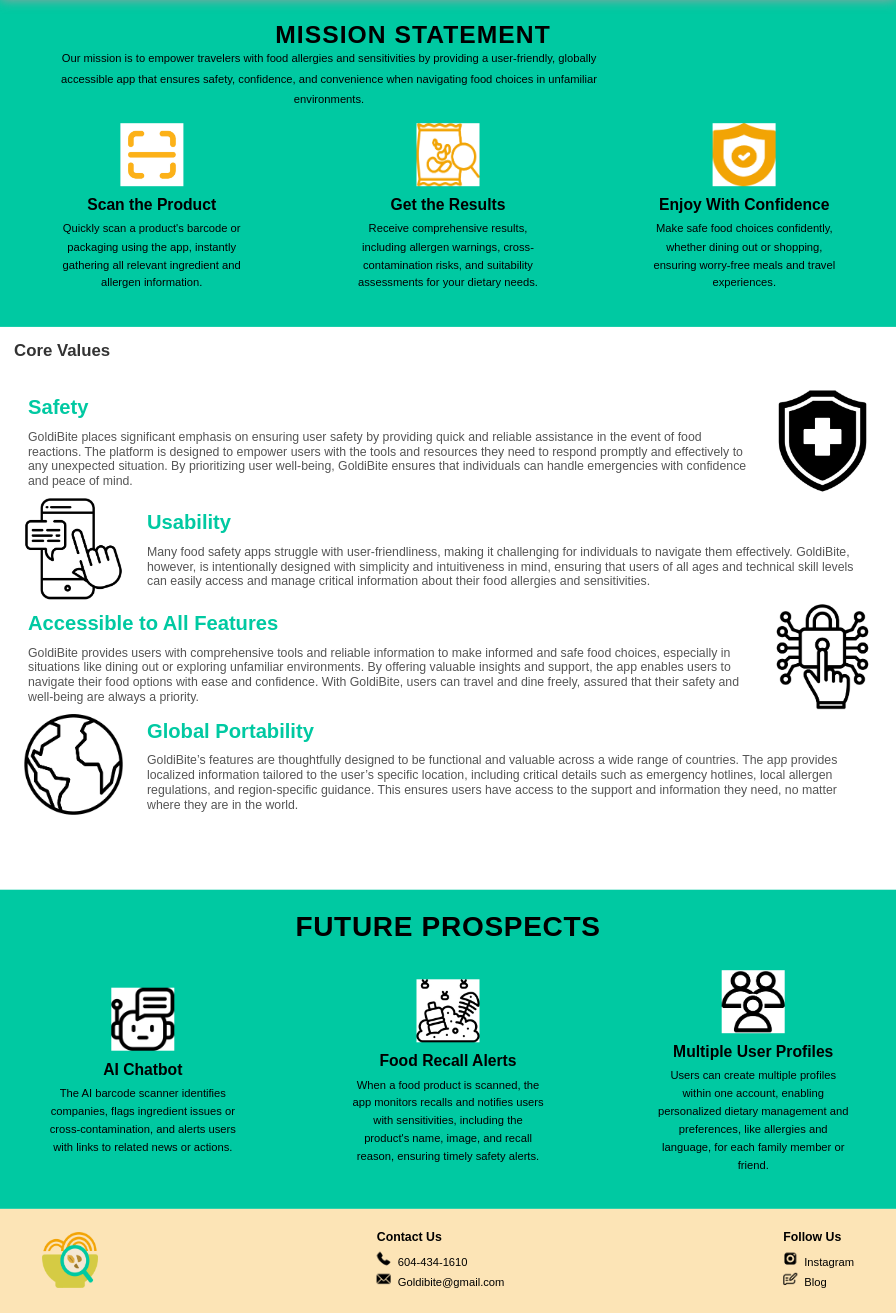
Repository: GavinPahal/landingpage
Page: /
These files come from the project's save history. The page is drawn as it stood at one moment and after the next save; the edit follows.
The browser window is 1280 px wide. The pictures show the part of the page from y = 720 to 2596 px (the page is 2596 px tall), at 70% of full size.
The project was rebuilt for these pictures with package versions that can differ from the ones it lists, and the page was loaded fresh each time. The framework's server and built-in components were replaced by stand-ins that run in the browser. Also part of the build but not shown: next.config.mjs.

Above is the page before, as saved 2024-11-30 20:45:07.

After the next save:
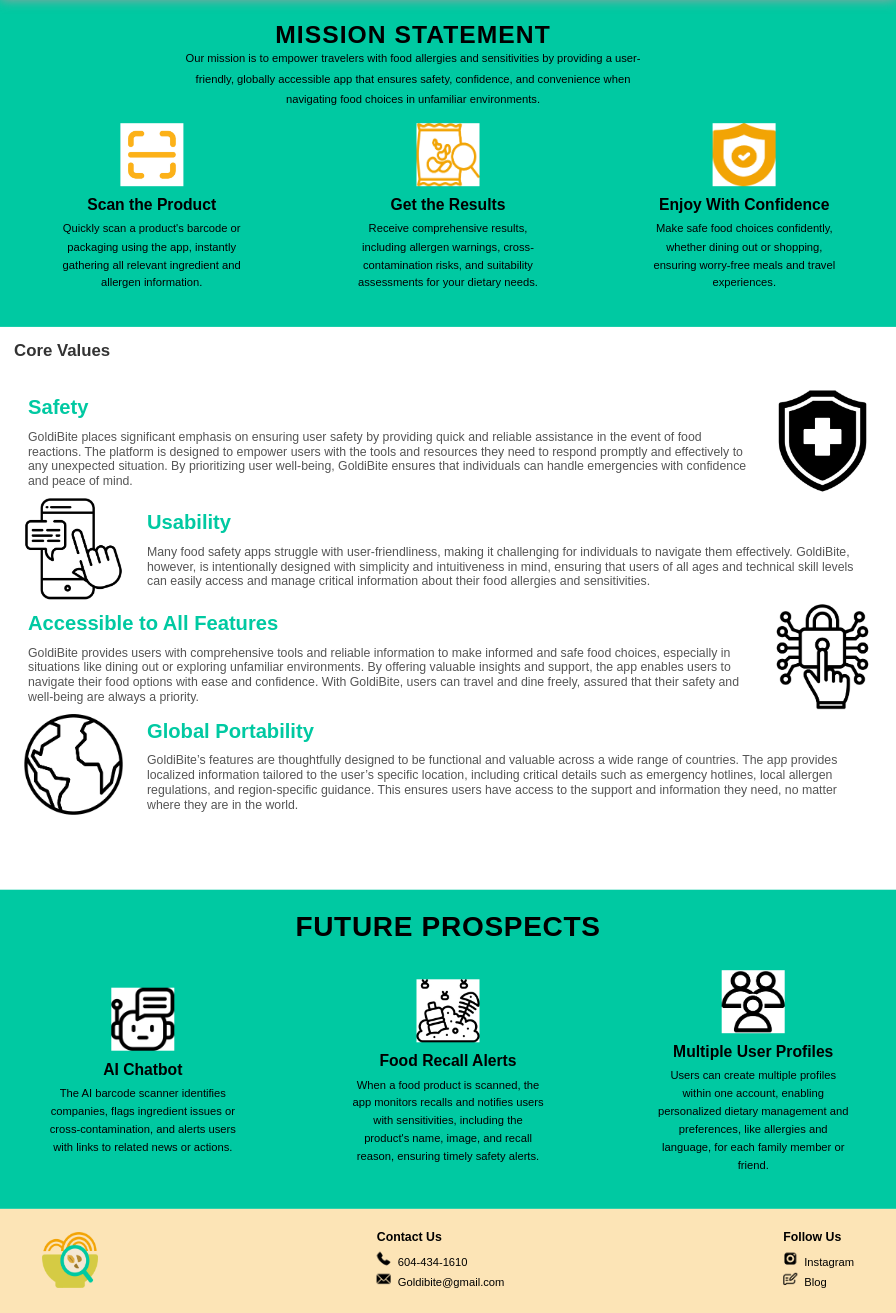
Saved 12 s later.
--- a/styles/globals.css
+++ b/styles/globals.css
@@ -182,6 +182,7 @@
   color: #000000;
   max-width: 800px;
   margin: 0 auto;
+  margin-left: 15rem;
 }
 
 /* Features Section */
